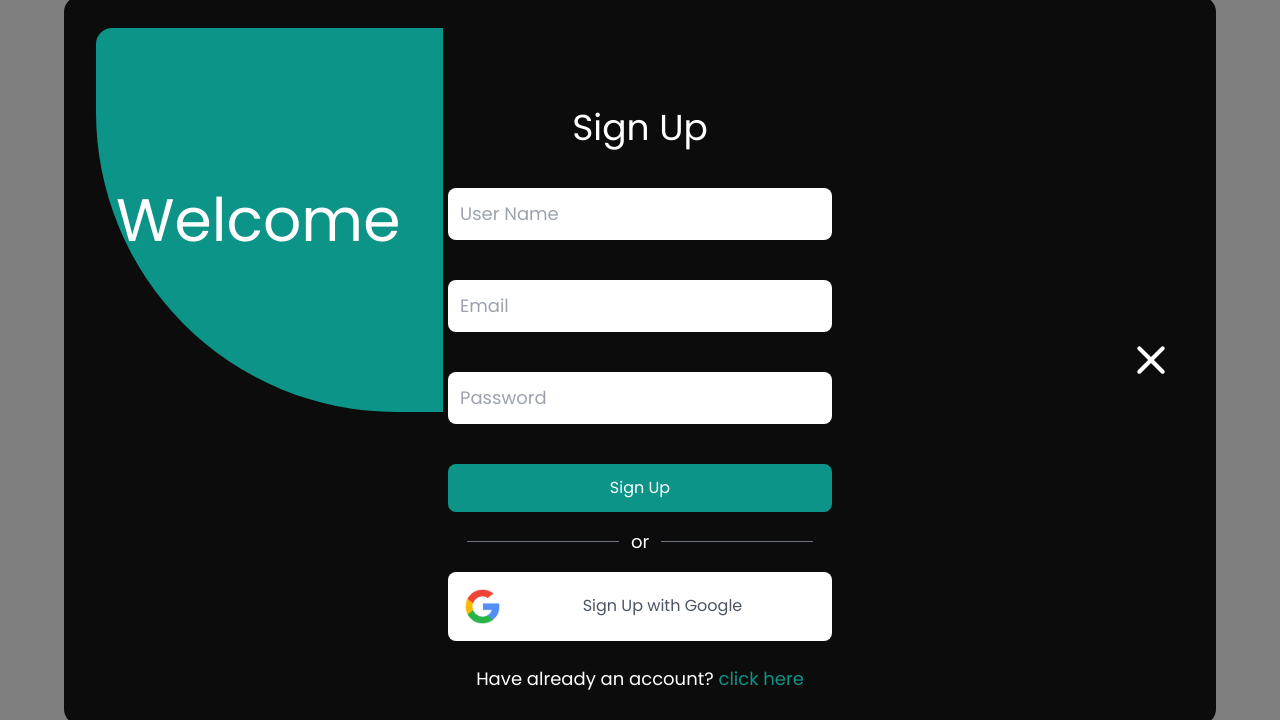
Repository: Ahmed77669/GT-Exams
Page: /
An editor plug-in stored every save of this project. The page is shown before and after the next save, followed by the edit.
The browser window is 1280 px wide. The pictures show the whole page.
The project was rebuilt for these pictures with package versions that can differ from the ones it lists, and the page was loaded fresh each time. The framework's server and built-in components were replaced by stand-ins that run in the browser. Also part of the build but not shown: next.config.mjs.

Above is the page before, as saved 2024-10-04 20:10:46.

After the next save:
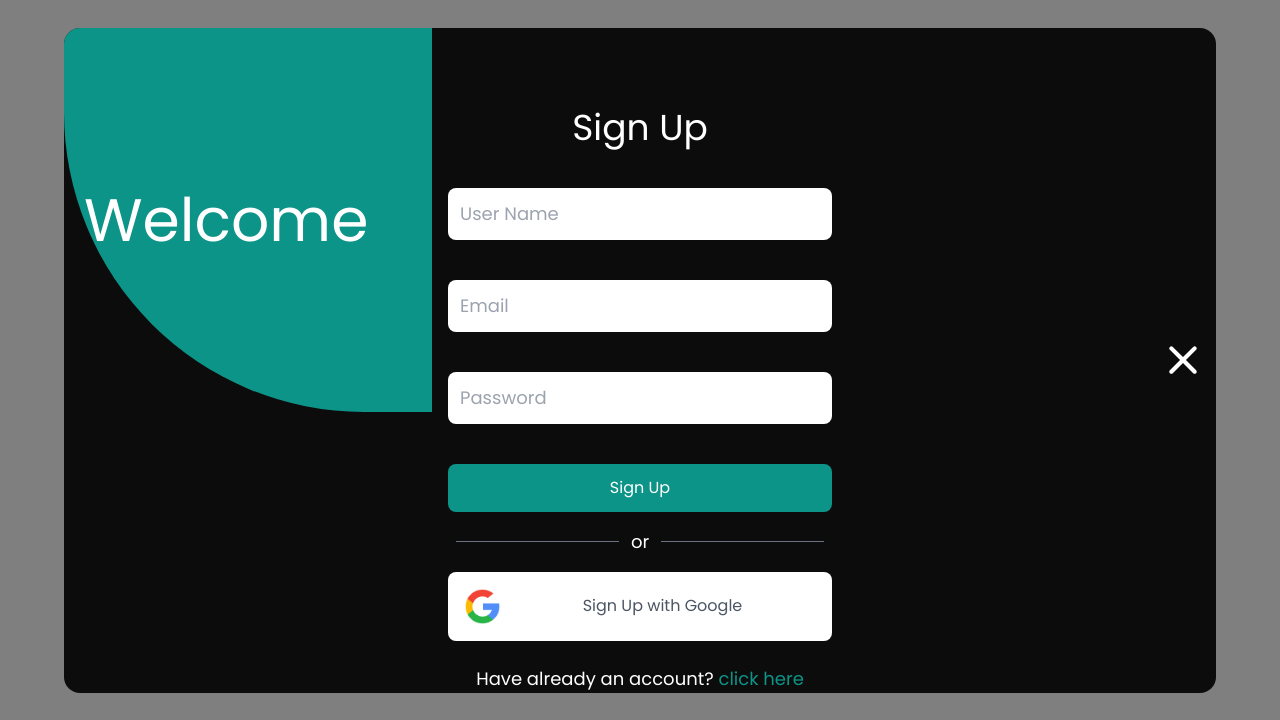
Saved 42 s later.
--- a/components/signup.tsx
+++ b/components/signup.tsx
@@ -38,7 +38,7 @@ const Signup: React.FC<SignupProps> = ({ closeSignup, toggleForm }) => {
     <motion.div variants={pageVariants} initial="hidden" animate="visible">
       <section className={poppins.className}>
         <div className="flex justify-center items-center h-screen">
-          <div className="bg-black/90 w-full max-w-6xl rounded-2xl p-8 ">
+          <div className="bg-black/90 w-full max-w-6xl rounded-2xl ">
             <div className="grid md:grid-cols-3 gap-6 text-white">
               <div className="bg-teal-600 w-full h-96 rounded-tl-2xl rounded-bl-[300px] flex items-center">
                 <h1 className="text-6xl ml-5">Welcome</h1>
